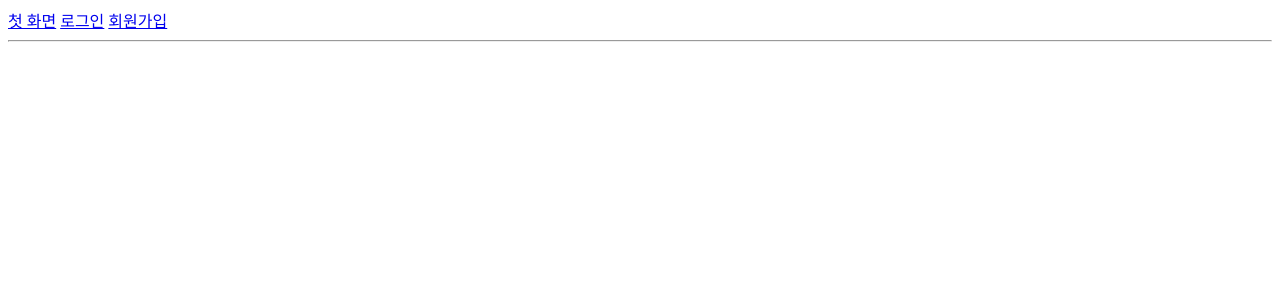
Repository: Gabintree/JDBC2019
Page: http://localhost/Oracle_20190522/joined.jsp
These files come from the project's save history. The page is drawn as it stood at one moment and after the next save; the edit follows.
The browser window is 1280 px wide. The pictures show the whole page.
The page is served by Tomcat 9. Queries for data that is not in the repository find no rows.

Above is the page before, as saved 2019-05-23 03:37:22.

### Oracle_20190522/WebContent/joined.jsp
<%@ page language="java" contentType="text/html; charset=UTF-8"
    pageEncoding="UTF-8"%>
<%@ page import ="java.sql.*" %>
<!DOCTYPE html>
<html>
<head>
<meta charset="UTF-8">
<title>메인 페이지</title>
<style>
table, tr, td{
border : 1px solid black;
}
</style>

</head>
<body>
<a href = "index.jsp">첫 화면</a>
<a href = "login.jsp">로그인</a>
<a href = "join.jsp">회원가입</a>
<hr>
<%
	String id = request.getParameter("id");
	String pw = request.getParameter("pw");
	String name = request.getParameter("name");
	String gender = request.getParameter("gender");
	String email = request.getParameter("email");





	Class.forName("oracle.jdbc.driver.OracleDriver");

	Connection conn = DriverManager.getConnection("jdbc:oracle:thin:@localhost:1521:xe", "system", "1111");

	String sql = "select * from member where member_id = ?";
	PreparedStatement pstmt = conn.prepareStatement(sql);

	pstmt.setString(1, id);
	ResultSet rs = pstmt.executeQuery();

	if(rs.next()){
		out.println("<table>");
		out.println("<tr><td>");
		out.println(id + "님 로그인을 환영합니다.");
		out.println("</td></tr>");
		out.println("<tr><td>");
		out.println("<a href = 'logout.jsp'><input type ='button' value='로그아웃'></a>");
		out.println("</td></tr>");
		out.println("</table>");

	}
%>

</body>
</html>

After the next save:
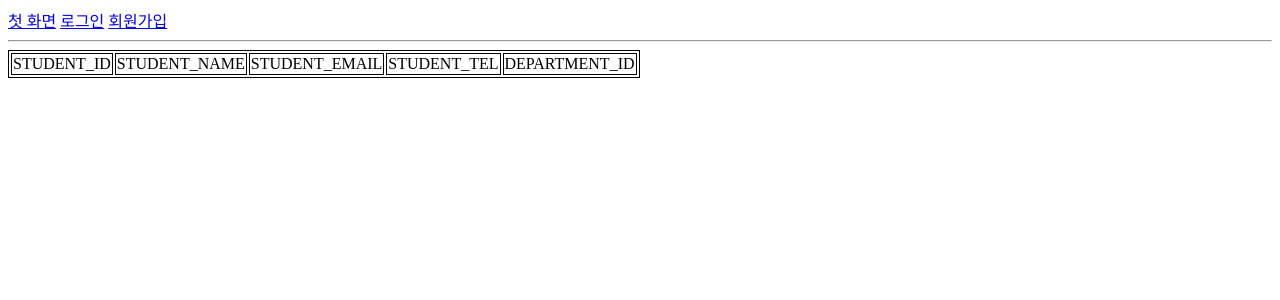
Saved 2 min 5 s later.
--- a/Oracle_20190522/WebContent/joined.jsp
+++ b/Oracle_20190522/WebContent/joined.jsp
@@ -25,31 +25,28 @@ border : 1px solid black;
 	String gender = request.getParameter("gender");
 	String email = request.getParameter("email");
 
-
-
-
-
 	Class.forName("oracle.jdbc.driver.OracleDriver");
 
 	Connection conn = DriverManager.getConnection("jdbc:oracle:thin:@localhost:1521:xe", "system", "1111");
 
-	String sql = "select * from member where member_id = ?";
+	String sql = "insert into member values (?,?,?,?,?)";
 	PreparedStatement pstmt = conn.prepareStatement(sql);
 
 	pstmt.setString(1, id);
 	ResultSet rs = pstmt.executeQuery();
 
-	if(rs.next()){
-		out.println("<table>");
-		out.println("<tr><td>");
-		out.println(id + "님 로그인을 환영합니다.");
-		out.println("</td></tr>");
-		out.println("<tr><td>");
-		out.println("<a href = 'logout.jsp'><input type ='button' value='로그아웃'></a>");
-		out.println("</td></tr>");
-		out.println("</table>");
-
+	out.println("<table>");
+	out.println("<tr><td>STUDENT_ID</td><td>STUDENT_NAME</td><td>STUDENT_EMAIL</td><td>STUDENT_TEL</td><td>DEPARTMENT_ID</td></tr>");
+	while (rs.next()) {
+		out.println("<tr>");
+		out.println("<td>" + rs.getString(1) + "</td>");
+		out.println("<td>" + rs.getString(2) + "</td>");
+		out.println("<td>" + rs.getString(3) + "</td>");
+		out.println("<td>" + rs.getString(4) + "</td>");
+		out.println("<td>" + rs.getString(5) + "</td>");
+		out.println("</tr>");
 	}
+	out.println("</table>");
 %>
 
 </body>
